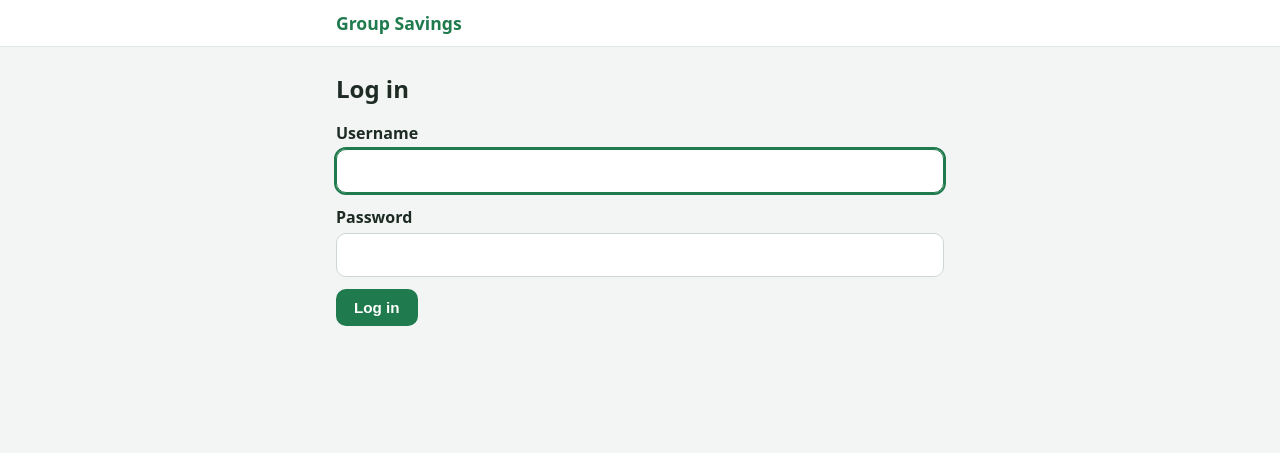
Repository: dennisanyomi/savings-website
Page: http://localhost/login/
An editor plug-in stored every save of this project. The page is shown before and after the next save, followed by the edit.
The browser window is 1280 px wide. The pictures show the whole page.
The page is served by the project's application, run on Django 5.2 (manage.py).

Above is the page before, as saved 2026-10-01 01:46:16.

After the next save:
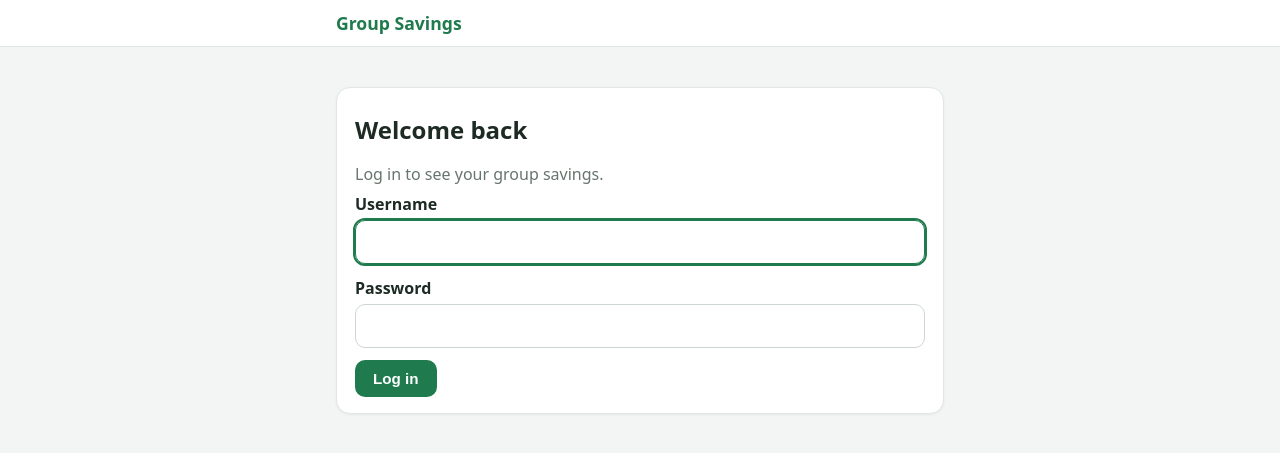
Saved 14 s later.
--- a/savings/templates/login.html
+++ b/savings/templates/login.html
@@ -1,15 +1,18 @@
 {% extends "base.html" %}
 {% block content %}
-<h2>Log in</h2>
-{% if form.errors %}
-  <p class="error">Wrong username or password.</p>
-{% endif %}
-<form method="post">
-  {% csrf_token %}
-  <label>Username</label>
-  {{ form.username }}
-  <label>Password</label>
-  {{ form.password }}
-  <button type="submit">Log in</button>
-</form>
+<div class="card" style="margin-top: 24px;">
+  <h2>Welcome back</h2>
+  <p class="muted">Log in to see your group savings.</p>
+  {% if form.errors %}
+    <p class="error">Wrong username or password.</p>
+  {% endif %}
+  <form method="post">
+    {% csrf_token %}
+    <label>Username</label>
+    {{ form.username }}
+    <label>Password</label>
+    {{ form.password }}
+    <button type="submit">Log in</button>
+  </form>
+</div>
 {% endblock %}
